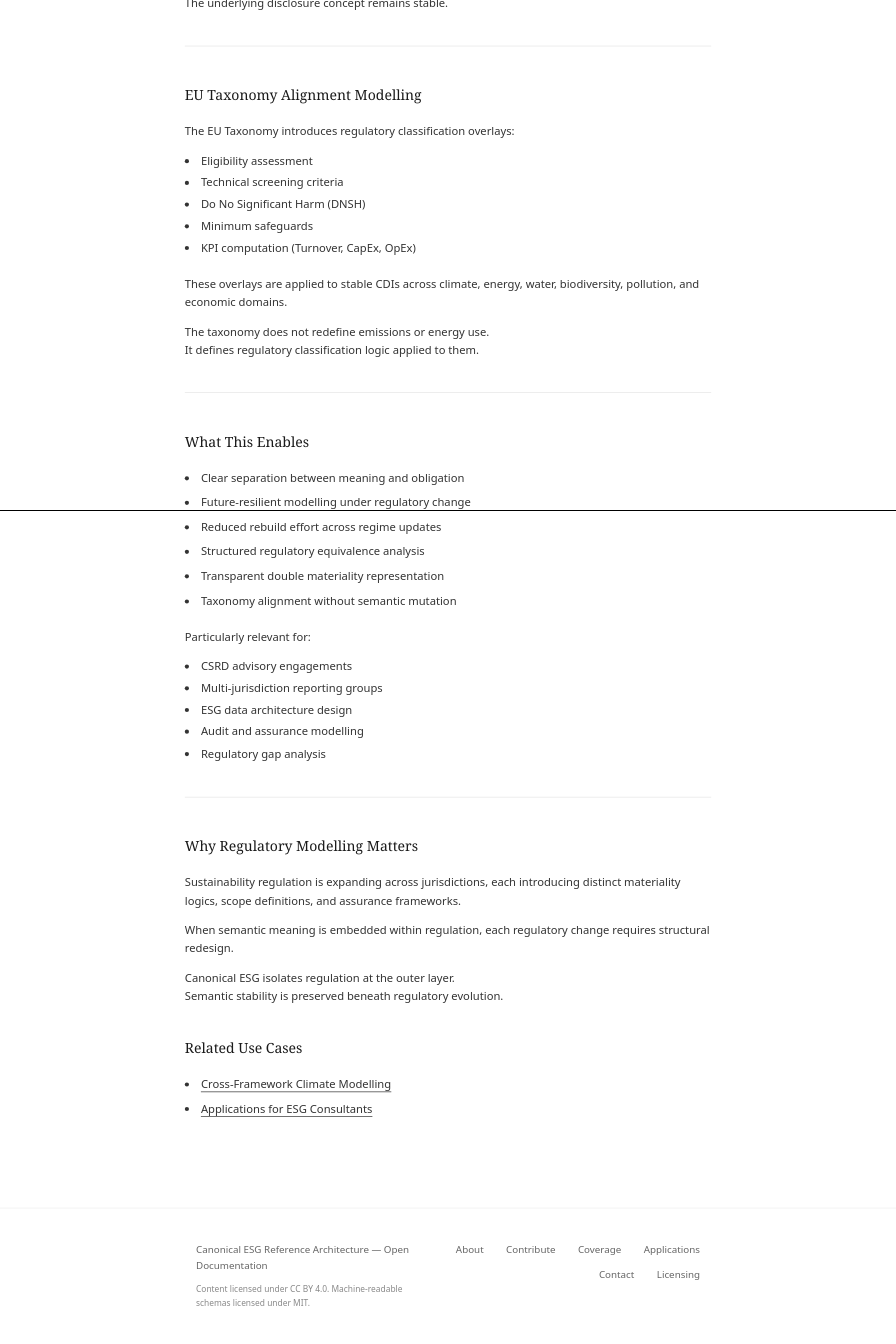
Repository: udaysxd/canonicalesg
Page: /applications/regulatory-modelling
The author's editor kept a copy of each file at every save. The page is drawn from the files as they stood at one save, then again after the next save.
The browser window is 1280 px wide. The pictures show the part of the page from y = 2175 to 4095 px (the page is 4095 px tall), at 70% of full size.
The project was rebuilt for these pictures with package versions that can differ from the ones it lists, and the page was loaded fresh each time. The framework's server and built-in components were replaced by stand-ins that run in the browser. Also part of the build but not shown: next.config.ts.

Above is the page before, as saved 2026-02-09 23:59:57.

### src/app/layout.tsx
import type { Metadata } from "next";
import "./globals.css";

export const metadata: Metadata = {
  title: {
    default: "Canonical ESG Reference Architecture",
    template: "%s | Canonical ESG"
  },
  description: "Open, non-authoritative reference architecture for sustainability reporting. Model sustainability data once and reuse it across ESRS, GRI, ISSB, CDP, and other frameworks.",
  keywords: ["ESG", "sustainability reporting", "ESRS", "GRI", "ISSB", "CDP", "sustainability data", "disclosure framework", "ESG data model", "sustainability standards"],
  authors: [{ name: "Canonical ESG" }],
  creator: "Canonical ESG",
  publisher: "Canonical ESG",
  metadataBase: new URL('https://canonicalesg.org'),
  alternates: {
    canonical: '/',
  },
  openGraph: {
    type: "website",
    locale: "en_US",
    url: "https://canonicalesg.org",
    siteName: "Canonical ESG",
    title: "Canonical ESG Reference Architecture",
    description: "Open, non-authoritative reference architecture for sustainability reporting. Model sustainability data once and reuse it across ESRS, GRI, ISSB, CDP, and other frameworks.",
    images: [
      {
        url: "/og-image.png",
        width: 1200,
        height: 630,
        alt: "Canonical ESG Reference Architecture",
      },
    ],
  },
  twitter: {
    card: "summary_large_image",
    title: "Canonical ESG Reference Architecture",
    description: "Open, non-authoritative reference architecture for sustainability reporting. Model sustainability data once and reuse it across frameworks.",
    images: ["/og-image.png"],
  },
  icons: {
    icon: [
      { url: "/favicon.ico", sizes: "any" },
      { url: "/favicon-16x16.png", sizes: "16x16", type: "image/png" },
      { url: "/favicon-32x32.png", sizes: "32x32", type: "image/png" },
    ],
    apple: "/apple-touch-icon.png",
  },
  robots: {
    index: true,
    follow: true,
    googleBot: {
      index: true,
      follow: true,
      'max-video-preview': -1,
      'max-image-preview': 'large',
      'max-snippet': -1,
    },
  },
};

export default function RootLayout({
  children,
}: Readonly<{
  children: React.ReactNode;
}>) {
  return (
    <html lang="en">
      <body className="antialiased bg-white text-[#1a1a1a]" style={{ fontFamily: 'system-ui, -apple-system, BlinkMacSystemFont, "Segoe UI", Roboto, Helvetica, Arial, sans-serif' }}>
        <header className="border-b border-[#eee] bg-white">
          <div className="max-w-3xl mx-auto px-6 py-4">
            <nav className="flex items-center justify-between">
              <a href="/" className="flex items-center">
                <img
                  src="/logo-v2.png"
                  alt="Canonical ESG Reference Architecture - Home"
                  className="h-8 w-auto"
                />
              </a>
              <ul className="flex gap-6 text-sm">
                <li><a href="/cerm" className="text-[#666] hover:text-[#1a1a1a] hover:underline">CERM</a></li>
                <li><a href="/cdi" className="text-[#666] hover:text-[#1a1a1a] hover:underline">CDI</a></li>
                <li><a href="/cmp" className="text-[#666] hover:text-[#1a1a1a] hover:underline">CMP</a></li>
                <li><a href="/schemas" className="text-[#666] hover:text-[#1a1a1a] hover:underline">Schemas</a></li>
                <li><a href="/applications" className="text-[#666] hover:text-[#1a1a1a] hover:underline">Applications</a></li>
                <li><a href="/resources" className="text-[#666] hover:text-[#1a1a1a] hover:underline">Resources</a></li>
                <li><a href="/governance" className="text-[#666] hover:text-[#1a1a1a] hover:underline">Governance</a></li>
              </ul>
            </nav>
          </div>
        </header>
        {children}
        <footer className="border-t border-[#eee] mt-20">
          <div className="max-w-3xl mx-auto px-6 py-12">
            <div className="flex flex-col lg:flex-row justify-between items-start gap-10">
              <div className="max-w-sm">
                <p className="text-sm text-[#666] leading-relaxed">Canonical ESG Reference Architecture — Open Documentation</p>
                <p className="text-xs text-[#888] mt-3 leading-relaxed">Content licensed under CC BY 4.0. Machine-readable schemas licensed under MIT.</p>
              </div>
              <ul className="flex flex-wrap gap-x-8 gap-y-4 text-sm lg:justify-end">
                <li><a href="/about" className="text-[#666] hover:text-[#1a1a1a] hover:underline">About</a></li>
                <li><a href="/contribute" className="text-[#666] hover:text-[#1a1a1a] hover:underline">Contribute</a></li>
                <li><a href="/framework-coverage" className="text-[#666] hover:text-[#1a1a1a] hover:underline">Coverage</a></li>
                <li><a href="/applications" className="text-[#666] hover:text-[#1a1a1a] hover:underline">Applications</a></li>
                <li><a href="/contact" className="text-[#666] hover:text-[#1a1a1a] hover:underline">Contact</a></li>
                <li><a href="/licensing" className="text-[#666] hover:text-[#1a1a1a] hover:underline">Licensing</a></li>
              </ul>
            </div>
          </div>
        </footer>
      </body>
    </html>
  );
}

### src/app/applications/regulatory-modelling/page.tsx
export default function RegulatoryModellingPage() {
  return (
    <main className="max-w-[800px] mx-auto px-6 py-12">
      <nav className="mb-6">
        <a href="/applications" className="text-[#666] hover:text-[#1a1a1a] text-sm">Applications</a>
        <span className="text-[#999] mx-2">/</span>
        <span className="text-[#333] text-sm">Regulatory & Double Materiality Modelling</span>
      </nav>

      <header className="mb-16">
        <h1 className="font-serif text-[#111] text-3xl font-medium tracking-tight leading-tight mb-6">
          Regulatory & Double Materiality Modelling
        </h1>
      </header>

      {/* Introduction */}
      <section className="mb-14 border-b border-[#e5e5e5] pb-12">
        <p className="text-[#333] leading-relaxed text-base mb-4">
          Sustainability regulation increasingly embeds legal interpretation directly into disclosure architecture.
        </p>
        <ul className="list-disc list-inside space-y-1 text-[#333] mb-6">
          <li>ESRS under CSRD introduces double materiality.</li>
          <li>EU Taxonomy introduces eligibility and alignment classification.</li>
          <li>Jurisdictional regimes introduce scope, phasing, and assurance logic.</li>
        </ul>
        <p className="text-[#333] leading-relaxed text-base">
          Canonical ESG separates semantic meaning from regulatory obligation.
        </p>
      </section>

      {/* Structural Problem */}
      <section className="mb-14 border-b border-[#e5e5e5] pb-12">
        <h2 className="font-serif text-[#1a1a1a] text-xl font-medium mb-6">
          The Structural Problem
        </h2>

        <p className="text-[#333] leading-relaxed text-base mb-4">
          In many advisory workflows, regulatory logic becomes embedded directly into disclosure models.
        </p>

        <ul className="list-disc list-inside space-y-2 text-[#333] mb-6">
          <li>Framework terminology replaces durable semantic concepts</li>
          <li>Data models are structured around regulation rather than meaning</li>
          <li>Regulatory updates require structural redesign</li>
          <li>Semantic drift accumulates over time</li>
        </ul>

        <p className="text-[#333] leading-relaxed text-base">
          Instability arises when meaning and obligation are conflated.
        </p>
      </section>

      {/* Separation Principle */}
      <section className="mb-14 border-b border-[#e5e5e5] pb-12">
        <h2 className="font-serif text-[#1a1a1a] text-xl font-medium mb-6">
          The Canonical ESG Separation Principle
        </h2>

        <p className="text-[#333] leading-relaxed text-base mb-4">
          Canonical ESG operates through three structurally distinct layers:
        </p>

        <p className="text-[#333] leading-relaxed text-base mb-2">
          <strong>Layer 1 — Semantic Meaning (CDI)</strong>
        </p>
        <p className="text-[#333] leading-relaxed text-base mb-4">
          Stable disclosure concepts defined independently of legal regimes.
        </p>

        <p className="text-[#333] leading-relaxed text-base mb-2">
          <strong>Layer 2 — Framework Interpretation (CMP)</strong>
        </p>
        <p className="text-[#333] leading-relaxed text-base mb-4">
          Modelling of how voluntary and global standards interpret those concepts.
        </p>

        <p className="text-[#333] leading-relaxed text-base mb-2">
          <strong>Layer 3 — Jurisdictional Mapping</strong>
        </p>
        <p className="text-[#333] leading-relaxed text-base mb-4">
          Representation of legal obligation, scope, and regulatory logic.
        </p>

        <p className="text-[#333] leading-relaxed text-base font-medium">
          Regulation is modelled.
          <br />
          It is not embedded into semantic meaning.
        </p>
      </section>

      {/* Double Materiality */}
      <section className="mb-14 border-b border-[#e5e5e5] pb-12">
        <h2 className="font-serif text-[#1a1a1a] text-xl font-medium mb-6">
          Double Materiality Modelling (ESRS Example)
        </h2>

        <p className="text-[#333] leading-relaxed text-base mb-4">
          Under ESRS, disclosure obligation is determined by:
        </p>

        <ul className="list-disc list-inside space-y-1 text-[#333] mb-6">
          <li>Impact materiality assessment</li>
          <li>Financial materiality assessment</li>
        </ul>

        <p className="text-[#333] leading-relaxed text-base mb-4">
          Canonical ESG represents this structurally:
        </p>

        <ul className="list-disc list-inside space-y-1 text-[#333] mb-6">
          <li><strong>CDI</strong> — Stable disclosure concept</li>
          <li><strong>IRO / assessment layer</strong> — Materiality evaluation logic</li>
          <li><strong>Jurisdiction CMP</strong> — Legal obligation modelling</li>
        </ul>

        <p className="text-[#333] leading-relaxed text-base">
          Double materiality remains a regulatory lens.
          The semantic concept remains unchanged.
        </p>
      </section>

      {/* Value Chain Scope */}
      <section className="mb-14 border-b border-[#e5e5e5] pb-12">
        <h2 className="font-serif text-[#1a1a1a] text-xl font-medium mb-6">
          Value Chain Scope Modelling
        </h2>

        <p className="text-[#333] leading-relaxed text-base mb-4">
          Regulatory regimes frequently expand reporting boundaries beyond operational control.
        </p>

        <ul className="list-disc list-inside space-y-1 text-[#333] mb-6">
          <li>Upstream emissions</li>
          <li>Downstream impacts</li>
          <li>Supply chain labour practices</li>
          <li>Community effects</li>
        </ul>

        <p className="text-[#333] leading-relaxed text-base">
          Canonical ESG models scope expansion at the jurisdiction layer.
          <br />
          The underlying disclosure concept remains stable.
        </p>
      </section>

      {/* EU Taxonomy */}
      <section className="mb-14 border-b border-[#e5e5e5] pb-12">
        <h2 className="font-serif text-[#1a1a1a] text-xl font-medium mb-6">
          EU Taxonomy Alignment Modelling
        </h2>

        <p className="text-[#333] leading-relaxed text-base mb-4">
          The EU Taxonomy introduces regulatory classification overlays:
        </p>

        <ul className="list-disc list-inside space-y-1 text-[#333] mb-6">
          <li>Eligibility assessment</li>
          <li>Technical screening criteria</li>
          <li>Do No Significant Harm (DNSH)</li>
          <li>Minimum safeguards</li>
          <li>KPI computation (Turnover, CapEx, OpEx)</li>
        </ul>

        <p className="text-[#333] leading-relaxed text-base mb-4">
          These overlays are applied to stable CDIs across climate, energy, water, biodiversity, pollution, and economic domains.
        </p>

        <p className="text-[#333] leading-relaxed text-base">
          The taxonomy does not redefine emissions or energy use.
          <br />
          It defines regulatory classification logic applied to them.
        </p>
      </section>

      {/* What This Enables */}
      <section className="mb-14 border-b border-[#e5e5e5] pb-12">
        <h2 className="font-serif text-[#1a1a1a] text-xl font-medium mb-6">
          What This Enables
        </h2>

        <ul className="list-disc list-inside space-y-2 text-[#333] mb-6">
          <li>Clear separation between meaning and obligation</li>
          <li>Future-resilient modelling under regulatory change</li>
          <li>Reduced rebuild effort across regime updates</li>
          <li>Structured regulatory equivalence analysis</li>
          <li>Transparent double materiality representation</li>
          <li>Taxonomy alignment without semantic mutation</li>
        </ul>

        <p className="text-[#333] leading-relaxed text-base mb-4">
          Particularly relevant for:
        </p>

        <ul className="list-disc list-inside space-y-1 text-[#333]">
          <li>CSRD advisory engagements</li>
          <li>Multi-jurisdiction reporting groups</li>
          <li>ESG data architecture design</li>
          <li>Audit and assurance modelling</li>
          <li>Regulatory gap analysis</li>
        </ul>
      </section>

      {/* Why It Matters */}
      <section className="mb-12">
        <h2 className="font-serif text-[#1a1a1a] text-xl font-medium mb-6">
          Why Regulatory Modelling Matters
        </h2>

        <p className="text-[#333] leading-relaxed text-base mb-4">
          Sustainability regulation is expanding across jurisdictions, each introducing distinct materiality logics, scope definitions, and assurance frameworks.
        </p>

        <p className="text-[#333] leading-relaxed text-base mb-4">
          When semantic meaning is embedded within regulation, each regulatory change requires structural redesign.
        </p>

        <p className="text-[#333] leading-relaxed text-base">
          Canonical ESG isolates regulation at the outer layer.
          <br />
          Semantic stability is preserved beneath regulatory evolution.
        </p>
      </section>

      {/* Related */}
      <section>
        <h2 className="font-serif text-[#1a1a1a] text-xl font-medium mb-6">
          Related Use Cases
        </h2>

        <ul className="list-disc list-inside space-y-2 text-[#333]">
          <li>
            <a href="/applications/cross-framework-climate-modelling" className="text-[#333] hover:text-[#111] border-b border-[#333] hover:border-[#111]">
              Cross-Framework Climate Modelling
            </a>
          </li>
          <li>
            <a href="/applications/consultants" className="text-[#333] hover:text-[#111] border-b border-[#333] hover:border-[#111]">
              Applications for ESG Consultants
            </a>
          </li>
        </ul>
      </section>
    </main>
  );
}

### src/app/globals.css
@import "tailwindcss";

:root {
  --background: #ffffff;
  --foreground: #1a1a1a;
}

@theme inline {
  --color-background: var(--background);
  --color-foreground: var(--foreground);
  --font-sans: system-ui, -apple-system, BlinkMacSystemFont, "Segoe UI", Roboto, Helvetica, Arial, sans-serif;
  --font-mono: ui-monospace, SFMono-Regular, Menlo, Monaco, Consolas, monospace;
}

@media (prefers-color-scheme: dark) {
  :root {
    --background: #0a0a0a;
    --foreground: #ededed;
  }
}

body {
  background: var(--background);
  color: var(--foreground);
  font-family: system-ui, -apple-system, BlinkMacSystemFont, "Segoe UI", Roboto, Helvetica, Arial, sans-serif;
  font-size: 16px;
  line-height: 1.7;
}

/* Typography hierarchy for prose content */
.prose h1 {
  font-size: 2.25rem;
  font-weight: 600;
  line-height: 1.2;
  margin-bottom: 1rem;
  margin-top: 0;
  color: #111;
}

.prose h2 {
  font-size: 1.5rem;
  font-weight: 600;
  line-height: 1.3;
  margin-top: 2.5rem;
  margin-bottom: 0.75rem;
  color: #1a1a1a;
}

.prose h3 {
  font-size: 1.2rem;
  font-weight: 600;
  line-height: 1.4;
  margin-top: 2rem;
  margin-bottom: 0.5rem;
  color: #1a1a1a;
}

.prose p {
  margin-bottom: 1rem;
  line-height: 1.7;
}

.prose ul,
.prose ol {
  margin-bottom: 1rem;
  padding-left: 1.5rem;
}

.prose li {
  margin-bottom: 0.25rem;
  line-height: 1.7;
}

.prose li > ul,
.prose li > ol {
  margin-top: 0.25rem;
  margin-bottom: 0.25rem;
}

.prose a {
  color: #1a1a1a;
  text-decoration: underline;
  text-decoration-color: #999;
  text-underline-offset: 0.15em;
}

.prose a:hover {
  text-decoration-color: #1a1a1a;
}

.prose strong {
  font-weight: 600;
  color: #111;
}

.prose code {
  font-family: ui-monospace, SFMono-Regular, Menlo, Monaco, Consolas, monospace;
  font-size: 0.9em;
  background: #f5f5f5;
  padding: 0.15em 0.35em;
  border-radius: 3px;
}

.prose pre {
  background: #f5f5f5;
  padding: 1rem;
  border-radius: 4px;
  overflow-x: auto;
  margin-bottom: 1rem;
}

.prose pre code {
  background: none;
  padding: 0;
}

.prose hr {
  border: none;
  border-top: 1px solid #eee;
  margin: 2.5rem 0;
}

.prose blockquote {
  border-left: 3px solid #ddd;
  padding-left: 1rem;
  margin-left: 0;
  margin-bottom: 1rem;
  color: #555;
}

.prose table {
  width: 100%;
  border-collapse: collapse;
  margin-bottom: 1rem;
  font-size: 0.95rem;
}

.prose th,
.prose td {
  padding: 0.5rem 0.75rem;
  text-align: left;
  border-bottom: 1px solid #eee;
}

.prose th {
  font-weight: 600;
  border-bottom: 2px solid #ddd;
}

/* Breadcrumb styling */
.breadcrumb {
  font-size: 0.875rem;
  color: #666;
}

.breadcrumb a {
  color: #666;
  text-decoration: none;
}

.breadcrumb a:hover {
  color: #1a1a1a;
  text-decoration: underline;
}

/* Meta text styling */
.meta-text {
  font-size: 0.875rem;
  color: #666;
}

/* Content container max width */
.content-container {
  max-width: 720px;
  margin-left: auto;
  margin-right: auto;
}

After the next save:
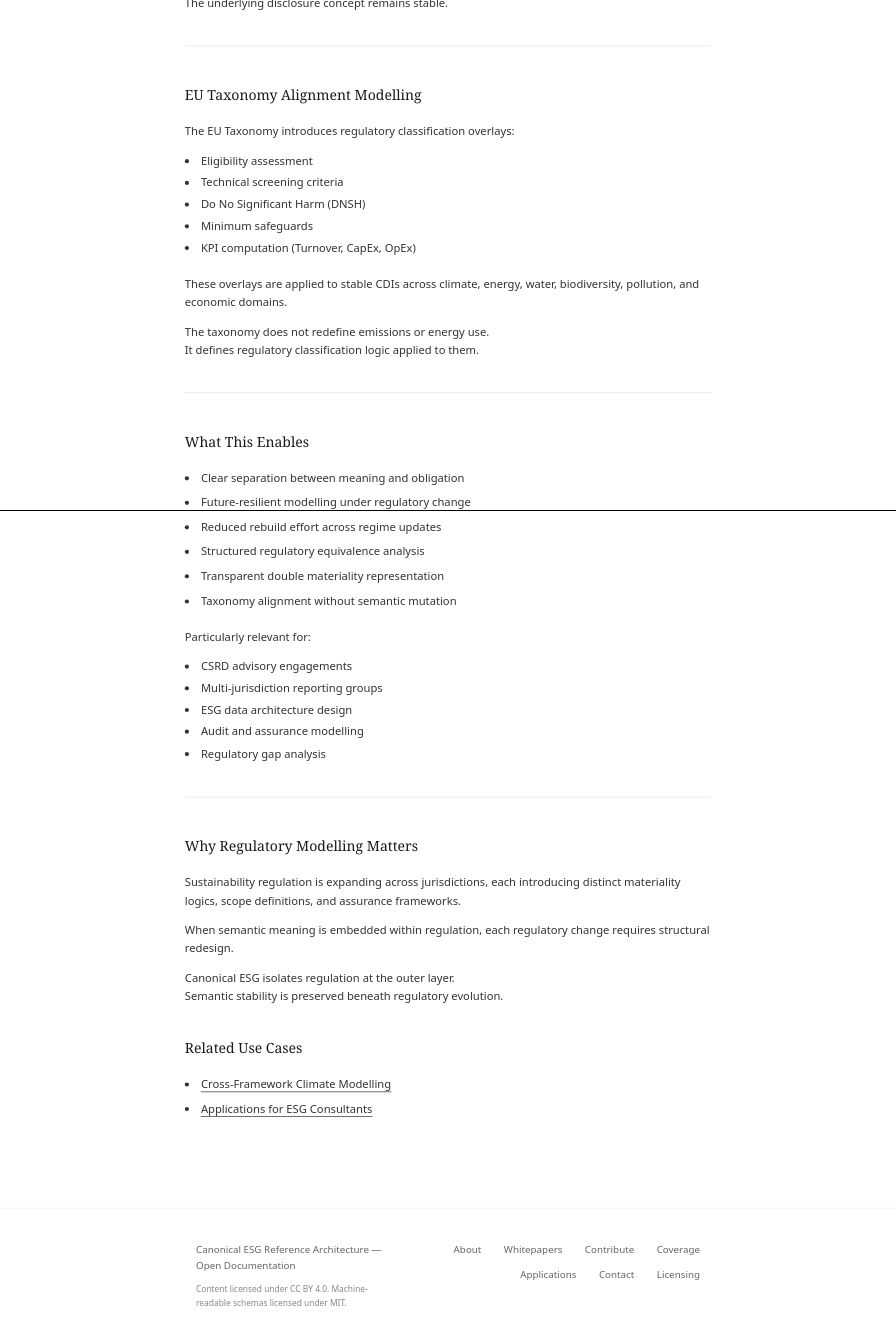
Saved 2 min 1 s later.
--- a/src/app/layout.tsx
+++ b/src/app/layout.tsx
@@ -98,6 +98,7 @@
               </div>
               <ul className="flex flex-wrap gap-x-8 gap-y-4 text-sm lg:justify-end">
                 <li><a href="/about" className="text-[#666] hover:text-[#1a1a1a] hover:underline">About</a></li>
+                <li><a href="/whitepapers" className="text-[#666] hover:text-[#1a1a1a] hover:underline">Whitepapers</a></li>
                 <li><a href="/contribute" className="text-[#666] hover:text-[#1a1a1a] hover:underline">Contribute</a></li>
                 <li><a href="/framework-coverage" className="text-[#666] hover:text-[#1a1a1a] hover:underline">Coverage</a></li>
                 <li><a href="/applications" className="text-[#666] hover:text-[#1a1a1a] hover:underline">Applications</a></li>
